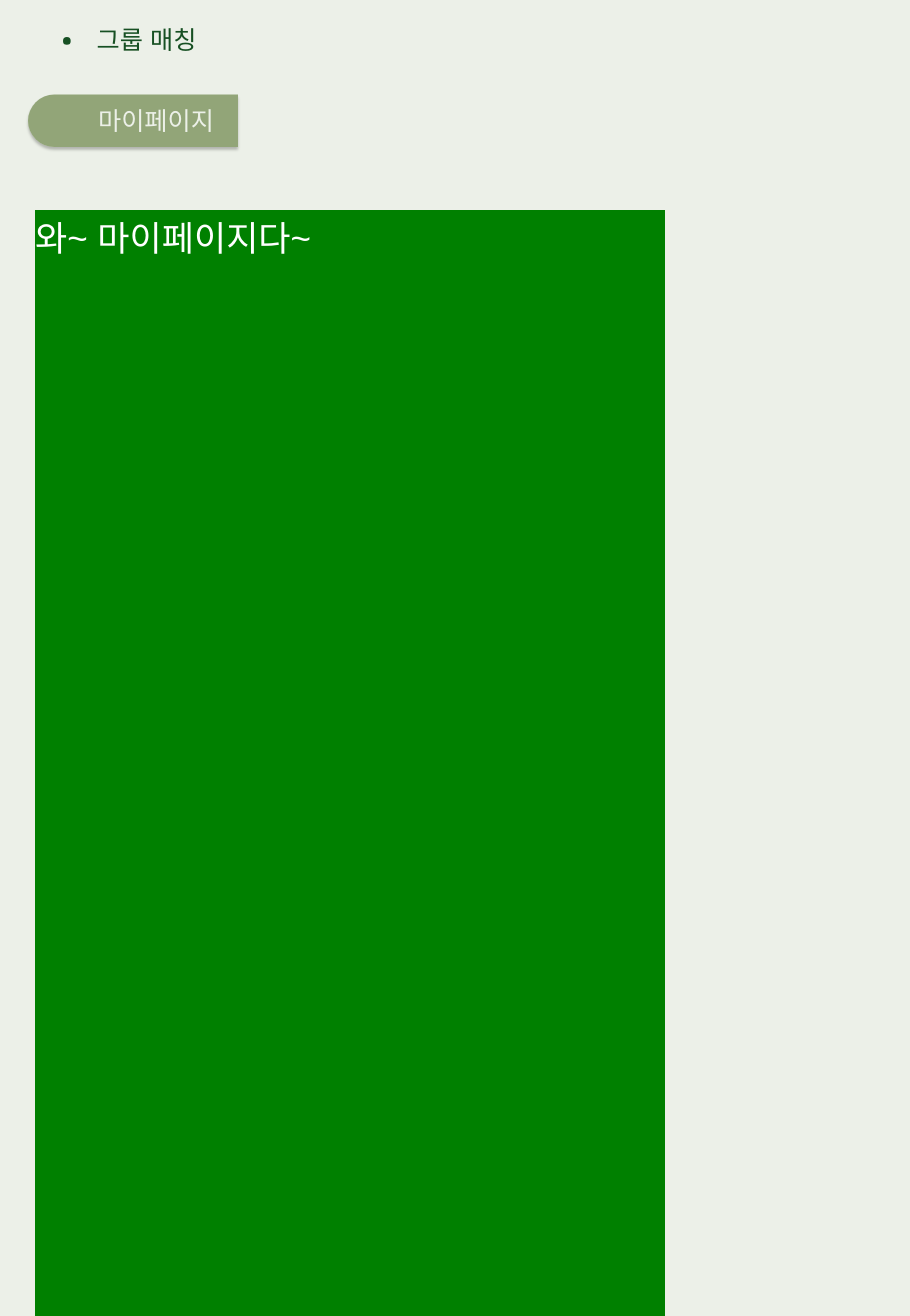
Repository: mealLog-databaseProgramming/MealLog
Page: http://localhost/meal-log/index.jsp
These files come from the project's save history. The page is drawn as it stood at one moment and after the next save; the edit follows.
The browser window is 1280 px wide. The page is 1300 px wide, so the pictures cover 1300 px, including what lies to the right of the window. The pictures show the part of the page from y = 330 to 2210 px (the page is 2680 px tall), at 70% of full size.
Some icons come from a web library that is not loaded, so they are not drawn. Some web fonts or font styles are not loaded; a fallback is used. The page is served by Tomcat 9.

Above is the page before, as saved 2022-09-29 16:22:18.

### meal-log/src/main/webapp/index.jsp
<%@ page language="java" contentType="text/html; charset=UTF-8"
    pageEncoding="UTF-8"%>
<!DOCTYPE html>
<html>
<head>
<meta charset="UTF-8">
<title>meal:log</title>
<link rel="stylesheet" href="resources/css/index.css"/>
	<script src="https://code.iconify.design/iconify-icon/1.0.0/iconify-icon.min.js"></script>
	<link rel="apple-touch-icon" sizes="57x57" href="resources/favicon/apple-icon-57x57.png">
	<link rel="apple-touch-icon" sizes="60x60" href="resources/favicon//apple-icon-60x60.png">
	<link rel="apple-touch-icon" sizes="72x72" href="resources/favicon//apple-icon-72x72.png">
	<link rel="apple-touch-icon" sizes="76x76" href="resources/favicon//apple-icon-76x76.png">
	<link rel="apple-touch-icon" sizes="114x114" href="resources/favicon//apple-icon-114x114.png">
	<link rel="apple-touch-icon" sizes="120x120" href="resources/favicon//apple-icon-120x120.png">
	<link rel="apple-touch-icon" sizes="144x144" href="resources/favicon//apple-icon-144x144.png">
	<link rel="apple-touch-icon" sizes="152x152" href="resources/favicon//apple-icon-152x152.png">
	<link rel="apple-touch-icon" sizes="180x180" href="resources/favicon//apple-icon-180x180.png">
	<link rel="icon" type="image/png" sizes="192x192"  href="resources/favicon//android-icon-192x192.png">
	<link rel="icon" type="image/png" sizes="32x32" href="resources/favicon//favicon-32x32.png">
	<link rel="icon" type="image/png" sizes="96x96" href="resources/favicon//favicon-96x96.png">
	<link rel="icon" type="image/png" sizes="16x16" href="resources/favicon//favicon-16x16.png">
	<link rel="manifest" href="resources/favicon//manifest.json">
	<meta name="msapplication-TileColor" content="#ffffff">
	<meta name="msapplication-TileImage" content="resources/favicon//ms-icon-144x144.png">
	<meta name="theme-color" content="#ffffff">
</head>
<body>
	<div class='Header'>
		<div class='title'>
			<div class='yolk'></div>
			<iconify-icon icon="fluent:food-egg-24-regular"></iconify-icon>
			Meal:<span>Log</span>
		</div>
		<div class='greet'>
			<iconify-icon icon="healthicons:ui-user-profile"></iconify-icon>
			박솜솜님, 식사 맛있게 하셨나요? 식단을 그룹원들에게 공유해보세요
			<div class='logout'>
				<iconify-icon icon="icon-park:logout"></iconify-icon>
				로그아웃
			</div>
		</div>

	</div>
	<div class='Nav'>
		<ul>
			<li>피드</li>
			<li>식단 추천</li>
			<li>그룹 매칭</li>
			<li><span>마이페이지</span></li>
		</ul>
	</div>
	<div class='Content'>
		<jsp:include page="/WEB-INF/mypage/mypage.jsp"/> <!-- 알갱이 만든걸 여기 경로 넣어서 적용 -->
	</div>
</body>
</html>

### meal-log/src/main/webapp/WEB-INF/mypage/mypage.jsp
<%@ page language="java" contentType="text/html; charset=UTF-8"
    pageEncoding="UTF-8"%>

<style>
	.wrap {
		width: 900px;  /* 고정 */

		/* 디버그 */
		height: 2000px;
		background: green;

		color: white; font-size: 50px;
	}
</style>

<div class="wrap">
	와~ 마이페이지다~
</div>

### meal-log/src/main/webapp/resources/css/index.css
@charset "UTF-8";
@import url('https://fonts.googleapis.com/css2?family=Jua&family=Nanum+Gothic:wght@400;700;800&display=swap');

* {
	font-family: 'Nanum Gothic', sans-serif;
	font-weight: 400;

	padding: 0;
	margin: 0;
}
body {
	-webkit-user-select:none;
	-moz-user-select:none;
	-ms-user-select:none;
	user-select:none;

	overflow-x: hidden;

	background: #ECF0E8;
}

.Header {
	width: 100vw; height: 80px;

	background: #FFFFFF;
	box-shadow: 0px 2px 5px rgba(0, 0, 0, 0.25);

	font-size: 18px;
	color: #175023;

	display: flex;
	align-items: center;
	justify-content: space-between;

	z-index: 10;
}
.Header>div, .Header .logout {
	display: flex;
	align-items: center;
}
.Header>div:first-child{ margin-left: 30px; }
.Header>div:last-child{ margin-right: 30px; }

.Header iconify-icon {
	margin-right: 10px;
}

.Header .title, .Header .title span {
	font-family: 'Jua', sans-serif;
	font-size: 40px;
	color: #175023;
}
.Header .title span {
	color: #6BA32D;
}
.Header .title iconify-icon {
	font-size: 50px;
	z-index: 2;
}
.Header .title .yolk{
	width: 18px; height:18px;

	background: #FFC700;
	border-radius: 50%;

	position: absolute;
	transform: translate(17px, 0.7px);
}


.Header .greet {
	margin-right: 5vw;
}
.Header .greet iconify-icon {
	font-size: 40px;
}
.Header .logout {
	margin-left: 5vw;
}
.Header .logout iconify-icon {
	font-size: 25px;
	margin-right: 5px;
}
.Header .logout:hover {
	font-weight: 700;
}

@media screen and (max-width: 1000px) {
	.Header .greet {
		color: #FFFFFF;
		font-size: 0px;
	}
	.Header .logout {
		color: #175023;
		font-size: 18px;
	}
	.Header > div {
		margin-left: 3vw; margin-right: 5vw;
	}
}


.Nav {
	display: inline-block;
	list-style: inside;

	font-size: 36px;
	color: #175023;
}
 .Nav li span {
 	font-family: 'Jua', sans-serif;
 }
.Nav li{
	font-family: 'Jua', sans-serif;
	padding-left: 50px;
	line-height: 75px;

	margin: 40px;
	margin-right: 0px;
}

.Nav li:last-child {
	list-style: none;
	padding-left: 100px;

	color: #ECF0E8;

	background: rgba(59, 92, 10, 0.5);
	box-shadow: 0px 4px 4px 0px #00000040;
	width: 200px; height: 75px;

	border-top-left-radius: 50px;
	border-bottom-left-radius: 50px;
}

.Content {
	display: inline-block;
	width: 1200px;
	padding: 50px;
}

After the next save:
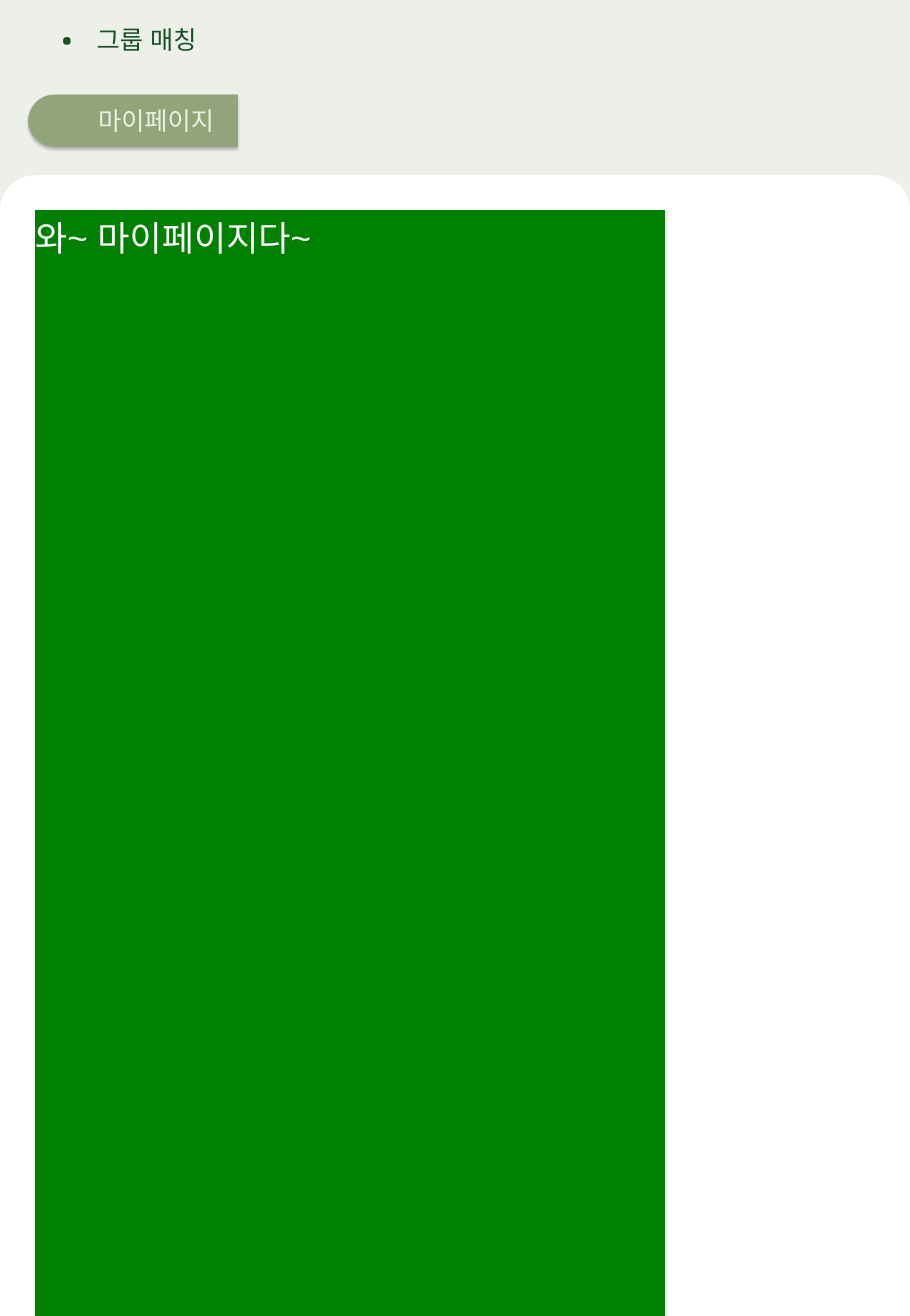
Saved 43 s later.
--- a/meal-log/src/main/webapp/resources/css/index.css
+++ b/meal-log/src/main/webapp/resources/css/index.css
@@ -137,4 +137,7 @@ body {
 	display: inline-block;
 	width: 1200px;
 	padding: 50px;
+
+	background: #FFFFFF;
+	border-radius: 50px;
 }
